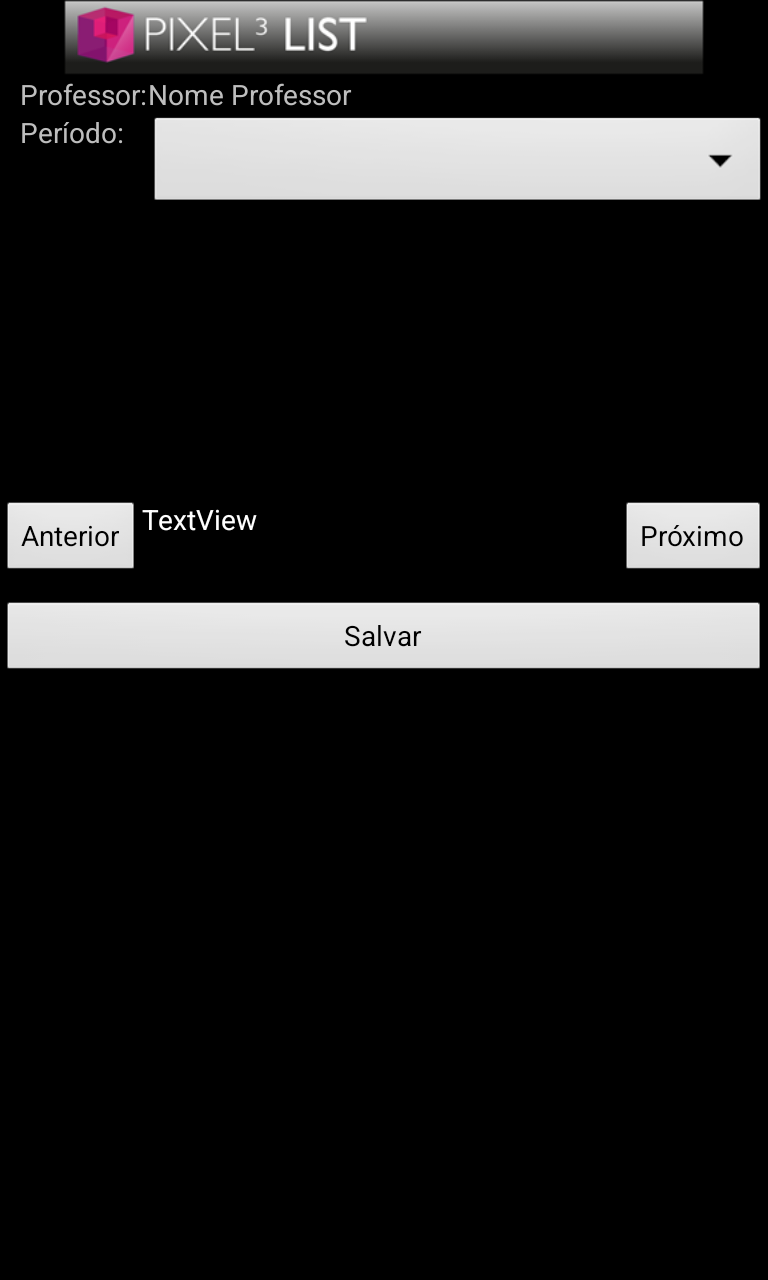
Repository: pixel3mobi/listaDigital
Layout: Pixel3List/res/layout/chamada.xml
An editor plug-in stored every save of this project. The layout is shown before and after the next save, followed by the edit.
It is drawn on a 768 x 1280 px phone screen (xhdpi) without system bars, with theme android:Theme; the app's code is not run. Lists and similar views that code fills are empty.

Above is the layout before, as saved 2011-03-26 00:35:52.

After the next save:
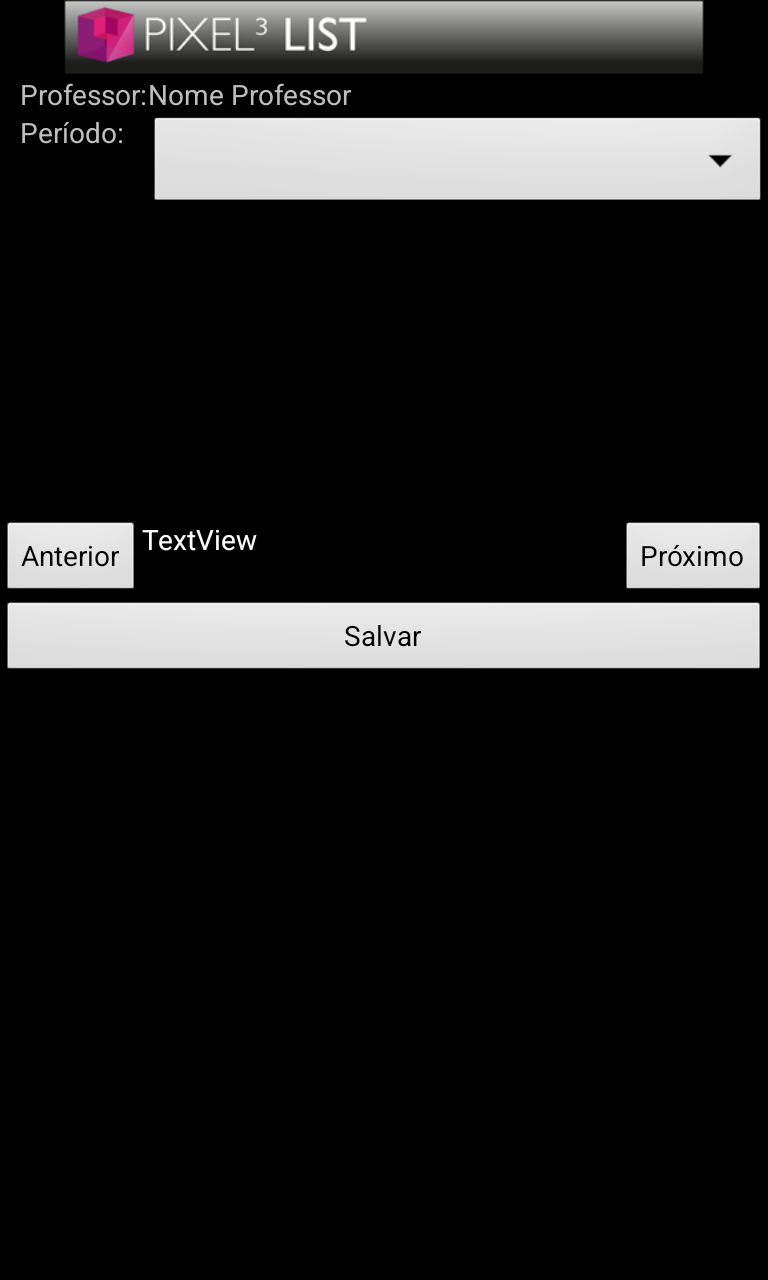
Saved 2 min 1 s later.
--- a/Pixel3List/res/layout/chamada.xml
+++ b/Pixel3List/res/layout/chamada.xml
@@ -39,7 +39,7 @@
 		android:layout_alignParentRight="true">
 	</ListView>
 	<Button android:id="@+id/btnSalvar" android:layout_height="40dip" android:layout_width="wrap_content" android:paddingLeft="10dip" android:text="Salvar" android:layout_above="@+id/alunos" android:layout_alignLeft="@+id/alunos" android:layout_alignRight="@+id/alunos"></Button>
-	<RelativeLayout android:layout_height="50dip" android:layout_width="wrap_content" android:id="@+id/relativeLayout1" android:layout_above="@+id/btnSalvar" android:layout_alignLeft="@+id/btnSalvar" android:layout_alignRight="@+id/btnSalvar">
+	<RelativeLayout android:layout_height="wrap_content" android:layout_width="wrap_content" android:id="@+id/relativeLayout1" android:layout_above="@+id/btnSalvar" android:layout_alignLeft="@+id/btnSalvar" android:layout_alignRight="@+id/btnSalvar">
 		<Button android:layout_alignParentLeft="true" android:id="@+id/btnAnterior" android:layout_height="40dip" android:layout_width="wrap_content" android:text="Anterior"></Button>
 		<TextView android:layout_alignTop="@+id/btnAnterior" android:layout_toRightOf="@+id/btnAnterior" android:id="@+id/txtData" android:layout_height="wrap_content" android:textColor="#FFFFFF" android:layout_width="wrap_content" android:text="TextView" android:layout_alignBottom="@+id/btnAnterior"></TextView>
 		<Button android:id="@+id/btnProximo" android:layout_alignParentRight="true" android:layout_height="40dip" android:layout_width="wrap_content" android:text="Próximo"></Button>
